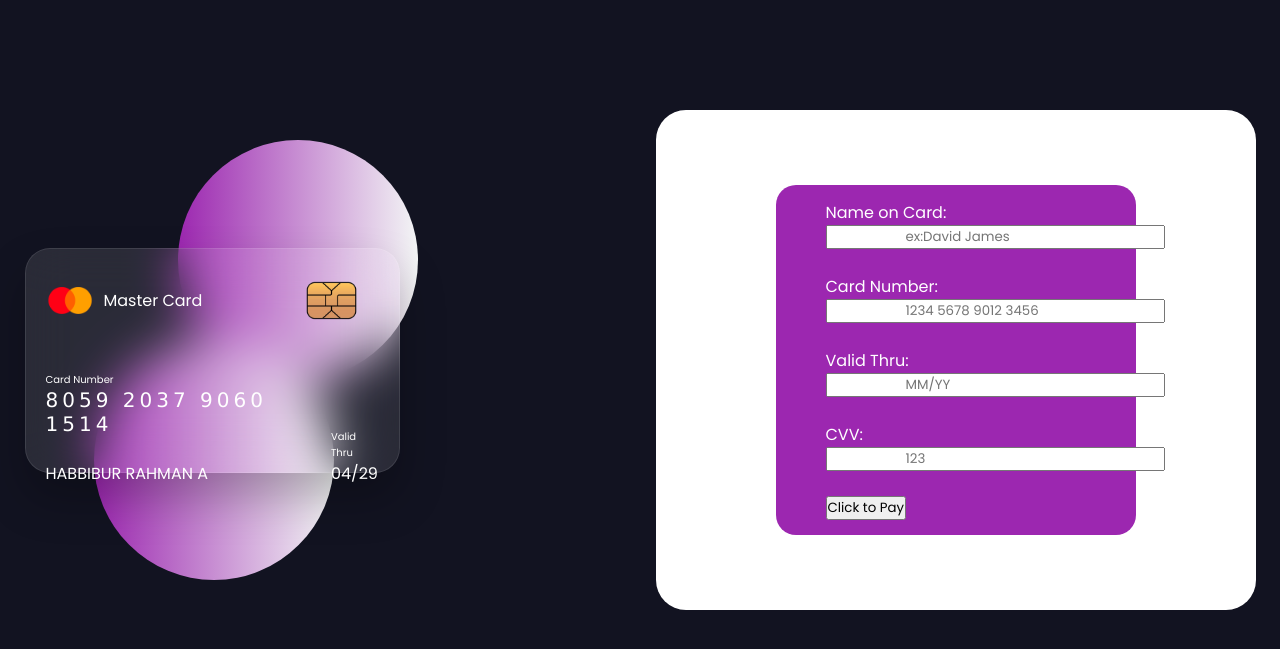
Repository: Habeebur1493/-002-Prompt
Page: index.html
These files come from the project's save history. The page is drawn as it stood at one moment and after a run of saves; the edit follows.
The browser window is 1280 px wide. The pictures show the whole page.

Above is the page before, as saved 2024-09-11 01:25:54.

After the next 4 saves:
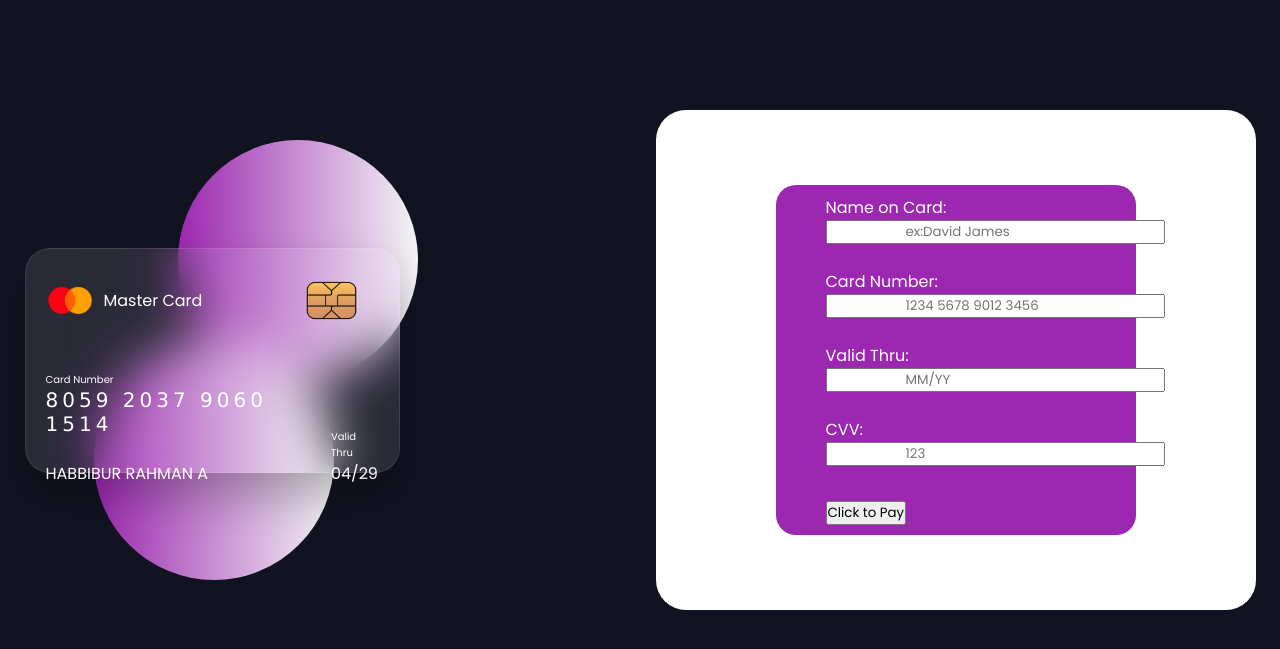
The 4 saves are shown as one change because they came seconds apart.
The last was saved 13 s later.
--- a/style.css
+++ b/style.css
@@ -187,4 +187,6 @@
 .content input{
     padding-left: 30%;
 }
-.content
+.content button{
+    margin-top: 10px;
+}
